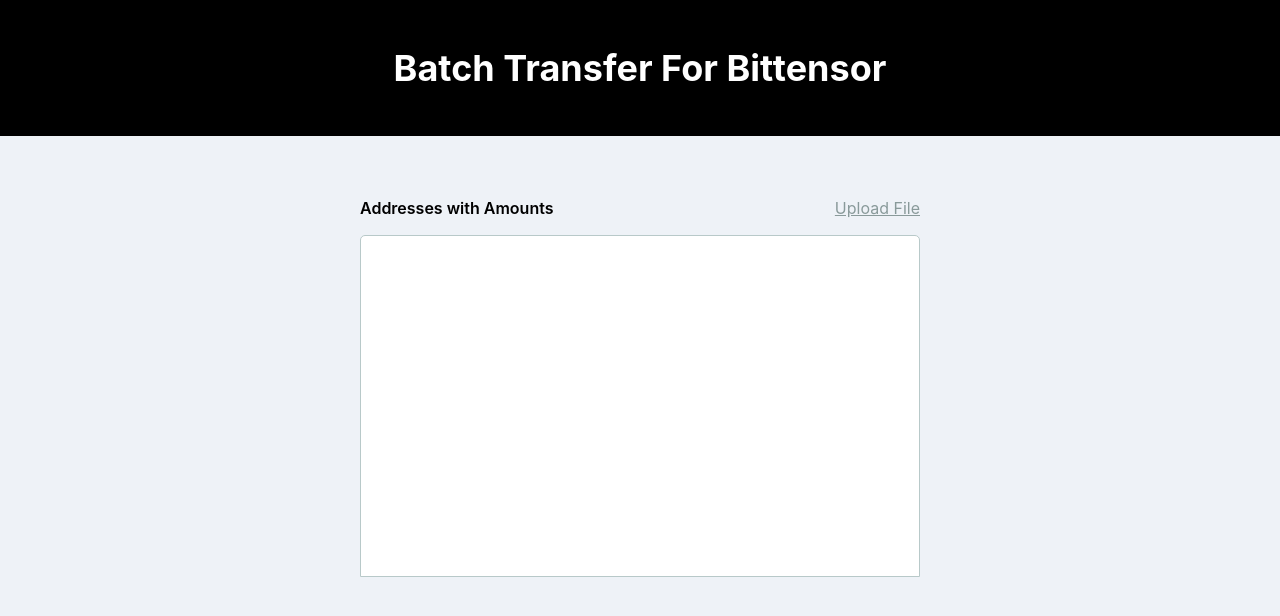
Repository: Dawid-Ace/batch_transfer_tao_master_ui
Page: /
The author's editor kept a copy of each file at every save. The page is drawn from the files as they stood at one save, then again after the next save.
The browser window is 1280 px wide. The pictures show the whole page.
The project was rebuilt for these pictures with package versions that can differ from the ones it lists, and the page was loaded fresh each time.

Above is the page before, as saved 2023-05-10 03:48:48.

After the next save:
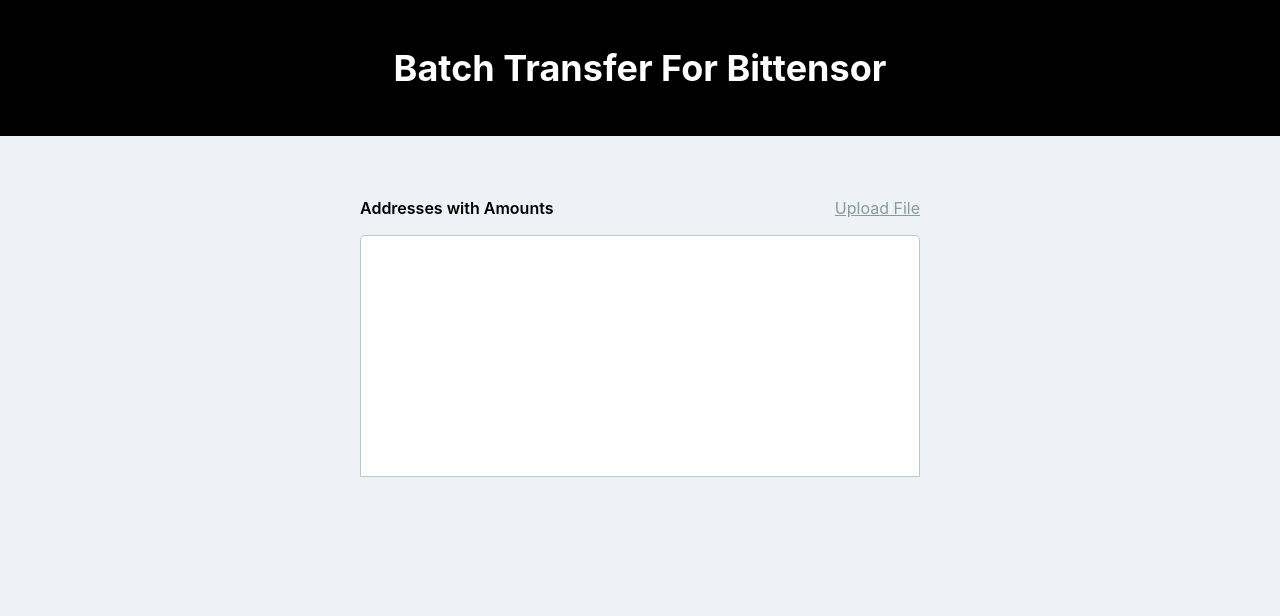
Saved 6 s later.
--- a/src/components/TransferForm/index.jsx
+++ b/src/components/TransferForm/index.jsx
@@ -116,7 +116,7 @@
     border-top-right-radius: 5px;
     padding: 20px;
     background-color: white;
-    min-height: 300px;
+    min-height: 200px;
   `
 
   return (
